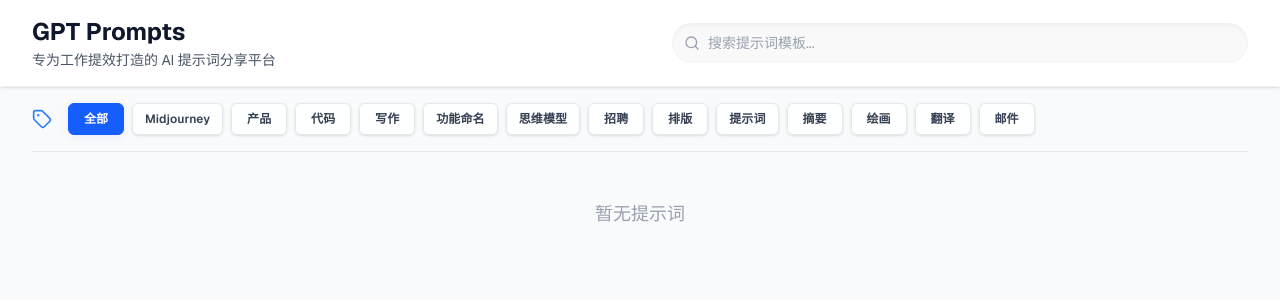
Repository: SweetPomelo0/GPT_Prompts
Page: /
These files come from the project's save history. The page is drawn as it stood at one moment and after the next save; the edit follows.
The browser window is 1280 px wide. The pictures show the whole page.
The page's requests for data from a server got no answer. The project was rebuilt for these pictures with package versions that can differ from the ones it lists, and the page was loaded fresh each time. The framework's server and built-in components were replaced by stand-ins that run in the browser. No one was signed in, and anything a server would have sent is missing. Also part of the build but not shown: next.config.ts, src/components/PromptCard.tsx, src/components/PromptModal.tsx.

Above is the page before, as saved 2025-07-27 23:00:27.

After the next save:
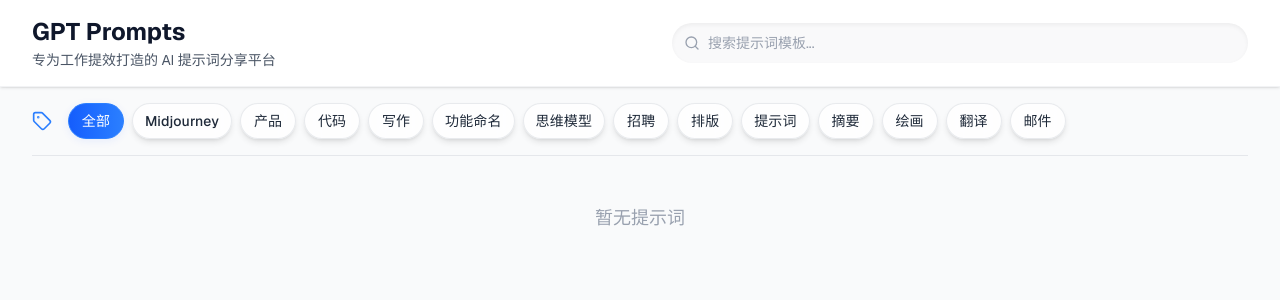
Saved 2 min 48 s later.
--- a/src/components/CategoryNav.tsx
+++ b/src/components/CategoryNav.tsx
@@ -20,10 +20,10 @@ export default function CategoryNav({ categories, activeCategory, onCategoryChan
               <button
                 key={category.id}
                 onClick={() => onCategoryChange(category.id)}
-                className={`group h-8 text-xs rounded-md border font-semibold transition-all duration-200 whitespace-nowrap shadow-sm focus:outline-none focus:ring-2 focus:ring-blue-200 focus:ring-offset-2 flex items-center justify-center ${
+                className={`group h-9 text-sm rounded-full border font-medium transition-all duration-300 whitespace-nowrap shadow-md hover:shadow-lg focus:outline-none focus:ring-2 focus:ring-blue-300 focus:ring-offset-2 flex items-center justify-center px-4 ${
                   activeCategory === category.id
-                    ? 'bg-blue-600 text-white border-blue-600 shadow-md'
-                    : 'bg-white/90 text-gray-700 border-gray-200 hover:text-blue-600 hover:border-blue-600 hover:bg-blue-50'
+                    ? 'bg-gradient-to-r from-blue-600 to-blue-500 text-white border-blue-500 shadow-lg'
+                    : 'bg-white/80 backdrop-blur-sm text-gray-800 border-gray-300/50 hover:text-blue-700 hover:border-blue-500 hover:bg-blue-50/80'
                 }`}
                 style={{letterSpacing: '0.01em', minWidth: 56, minHeight: 32, padding: '0 12px', boxShadow: activeCategory === category.id ? '0 2px 8px 0 rgba(24, 80, 255, 0.08)' : undefined}}
               >
